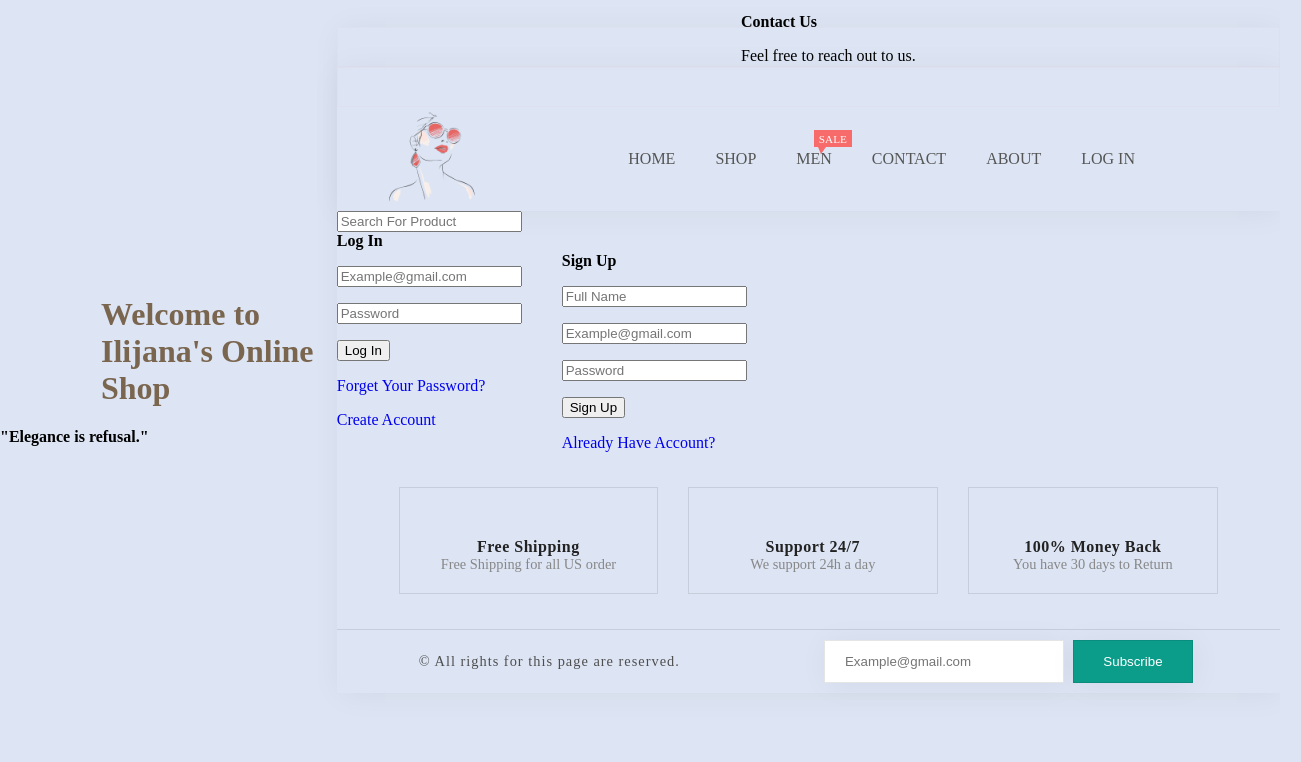
Repository: ilijana123/Proekt1
Page: html1.html
An editor plug-in stored every save of this project. The page is shown before and after the next save, followed by the edit.
The browser window is 1280 px wide. The page is 1280 px wide, then 1301 px, then 1280 px, so the pictures cover 1301 px, including what lies to the right of the window. The pictures show the whole page.

Above is the page before, as saved 2023-11-14 13:34:44.
Console error: TypeError: Cannot read properties of null (reading 'addEventListener')

### html1.html
<!DOCTYPE html>
<html>
    <head>
    <meta charset="utf-8">
    <title>Online shop</title>
    <link rel="stylesheet" type="text/css" href="1.css">
    <script src="script.js"></script>
    </head>

    <body>
    <header>
       <h1>Welcome to Ilijana's Online Shop</h1>
       <!--Quote-->
    <blackguote>
       <Strong> "Elegance is refusal." </Strong>
    </blackguote>
    </header>

    <nav>
 <div class="social-call">
     <div class="social">
         <a href="#"><i class="fab fa-facebook-f"></i></a>
         <a href="#"><i class="fab fa-twitter"></i></a>
         <a href="#"><i class="fab fa-youtube"></i></a>
         <a href="#"><i class="fab fa-instagram"></i></a>
</div>
<div class="contact">
    <div class="contact-heading">
        <strong>Contact Us</strong>
        <p>Feel free to reach out to us.</p>
    </div>
    <div class="contact-details">
        <!-- Contact details go here -->
</div>
</div>
 </div>
 <!--Navigation-->

 <nav>
    <div class="social-call">
        <!-- Social and Contact Details -->
    </div>
    <!-- Navigation -->
    <div class="navigation">
        <a href="#" class="logo"><img src="logo.png"></a>
        <div class="toggle"></div>
        <ul class="menu">
            <li><a href="#">Home</a></li>
            <li id="shopMenu">
                <a href="#">Shop</a>
                <ul id="categoryMenu" class="hidden">
                    <li><a href="#clothes-section">Clothes</a></li>
                    <li><a href="#fashion-accessories-section">Fashion Accessories</a></li>
                    <li><a href="#shoes-section">Shoes</a></li>
                </ul>
            </li>
            <li><a href="#">Men</a>
                <span class="sale-lable">Sale</span>
            </li>
            <li><a href="#contact-section">Contact</a></li>
            <li><a href="#">About</a></li>
            <!-- Add id to Log In link -->
            <li><a href="login.html" id="loginLink">Log In</a></li>
        </ul>
    </nav>
 <div class="search-bar">
    <div class="search-input">
    <input type="text" placeholder="Search For Product" name="search" />
    <a href="javascript:void(0);" class="search-cancel">
        <i class="fas fa-times"></i>
    </a>
</div>
</div>
<!--Log-in and Sign-up form-->
 <div class="form">
    <div class="login-form">
        <a href="javascript:void(0);" class="form-cancel">
            <i class="fas fa-times"></i>
        </a>
        <strong>Log In</strong>
        <form>
            <p><input type="email" name="email" placeholder="Example@gmail.com" required/></p>
            <p><input type="password" name="password" placeholder="Password" required/></p>
            <p><input type="submit" value="Log In"/></p>
        </form>
        <div class="form-btns">
            <p><a href="#" class="forget">Forget Your Password?</a></p>
            <p><a href="javascript:void(0);" class="sign-up-btn">Create Account</a></p>
        </div>
    </div>
        <div class="sign-up-form">
        <a href="javascript:void(0);" class="form-cancel">
            <i class="fas fa-times"></i>
        </a>
            <strong>Sign Up</strong>
            <form>
                <p><input type="text" name="fullname" placeholder="Full Name" required/></p>
                <p><input type="email" name="email" placeholder="Example@gmail.com" required/></p>
                <p><input type="password" name="password" placeholder="Password" required/></p>
                <p><input type="submit" value="Sign Up"/></p>
            </form>
            <div class="form-btns">
                <a href="javascript:void(0);" class="already-account">
                    Already Have Account?</a>

            </div>
        </div>
</div>
<section class="services">

    <div class="services-box">
        <i class="fas fa-shipping-fast"></i>
        <span>Free Shipping</span>
        <p>Free Shipping for all US order</p>
    </div>
    <div class="services-box">
        <i class="fas fa-headphones-alt"></i>
        <span>Support 24/7</span>
        <p>We support 24h a day</p>
    </div>
    <div class="services-box">
        <i class="fas fa-sync"></i>
        <span>100% Money Back</span>
        <p>You have 30 days to Return</p>
    </div>

</section>
    <footer>
        <span class="copyright">
            &copy All rights for this page are reserved.
        </span>
        <div class="subscribe">
            <form>
            <input type="email" placeholder="Example@gmail.com" required/>
            <input type="submit" value="Subscribe">
            </form>
        </div>
    </footer>
    </body>
</html>

### 1.css
.blackquote
{
    font-family:fantasy;
}
h1  {
    font-family: fantasy;
    color:rgb(122, 101, 79);
    position:relative;
    margin-left: 30%;
}

body{
    margin:0px;
    padding: 0px;
    font-family: poppins;
    background-color: #ffffff;
}
*{
    box-sizing: border-box;
}
ul{
    list-style: none;
    margin-right: 80px;
    margin-left: 40px;
    text-decoration: solid;
}
a{
    text-decoration:none;
}
nav{
    width:100%;
    box-shadow: 2px 2px 30px rgba(0,0,0,0.05);
    z-index: 100;
}
.social-call{
    height: 40px;
    border: 1px solid rgba(246, 141, 141, 0.05);
    display: flex;
    justify-content: center;
    align-items: center;
}
.social a{
    margin: 0px 5px;
    color: rgba(0,0,0,0.7);
    font-size: 0.9rem;
}
.phone{
    color: rgba(0,0,0,0.7);
    margin-left: 30px;
    font-size: 0.9rem;
}
.social a:hover{
    color: #0b9d8a;
    transition: all ease 0.3s;
}
.navigation{
    display: flex;
    justify-content: space-between;
    align-items: center;
    padding: 0px 45px;
}
.logo img{
    height: 100px;
}
.menu{
    display: flex;
}
.menu li{
    position: relative;
    margin: 20px;
    display: flex;
    text-transform: uppercase;
    font-weight: 500;
}
.menu li a{
    color: #555555;
}
.right-menu a{
    margin: 0px 10px;
    font-size: 1.2rem;
    color: rgba(0,0,0,0.7);
}
.menu a:hover,
.right-menu a:hover,
.search-cancel:hover,
.form-cancel:hover{
    color: #0b9d8a;
    transition: all ease 0.3s;
}
.sale-lable{
    width:38px;
    height: 17px;
    background-color: #f76b6a;
    color: #ffffff;
    font-weight: 400;
    display: flex;
    justify-content: center;
    align-items: center;
    font-size: 0.7rem;
    text-transform: uppercase;
    position: absolute;
    top: -20px;
    right: -20px;
}
.sale-lable:after{
    content: '';
    width:0px;
    height: 0px;
    border-bottom: 5px solid transparent;
    border-left: 3px solid transparent;
    border-top: 7px solid #f76b6a;
    border-right: 5px solid transparent;
    position: absolute;
    left: 10%;
    top: 100%;
}
.fa-shopping-cart{
    position: relative;
}
.num-cart-product{
    position: absolute;
    top: -17px;
    right: -17px;
    width:25px;
    height: 25px;
    font-size: 0.8rem;
    border-radius: 50%;
    background-color: #0b9d8a;
    color: #ffffff;
    display: flex;
    justify-content: center;
    align-items: center;
    font-weight: 400;
}



$p: hsl(213deg 85% 97%);
$s: hsl(233deg 36% 38%);
* { font-family: 'Poppins' }
@mixin screen {
	background: $p;
	padding: 2em;
	display: flex;
	flex-direction: column;
	border-radius: 30px;
	box-shadow: 0 0 2em hsl(231deg 62% 94%);
}
body {
	user-select: none;
	overflow-y: hidden;
	display: flex;
	justify-content: center;
	align-items: center;
	background: hsl(218deg 50% 91%);
	height: 100vh;
}
.screen-1 {
	@include screen;
	gap: 2em;
	.logo { margin-top: -3em }
	.email {
		background: hsl(0deg 0% 100%);
		box-shadow: 0 0 2em hsl(231deg 62% 94%);
		padding: 1em;
		display: flex;
		flex-direction: column;
		gap: 0.5em;
		border-radius: 20px;
		color: hsl(0deg 0% 30%);
		margin-top: -3em;
		input {
			outline: none;
			border: none;
			&::placeholder {
				color: hsl(0deg 0% 0%);
				font-size: 0.9em;
			}
		}
		ion-icon {
			color: hsl(0deg 0% 30%);
			margin-bottom: -.2em;
		}
	}
	.password {
		background: hsl(0deg 0% 100%);
		box-shadow: 0 0 2em hsl(231deg 62% 94%);
		padding: 1em;
		display: flex;
		flex-direction: column;
		gap: 0.5em;
		border-radius: 20px;
		color: hsl(0deg 0% 30%);
		input {
			outline: none;
			border: none;
			&::placeholder {
				color: hsl(0deg 0% 0%);
				font-size: 0.9em;
			}
		}
		ion-icon {
			color: hsl(0deg 0% 30%);
			margin-bottom: -.2em;
		}
		.show-hide {
			margin-right: -5em;
		}
	}
	.login {
		padding: 1em;
		background: hsl(233deg 36% 38%);
		color: hsl(0 0 100);
		border: none;
		border-radius: 30px;
		font-weight: 600;
	}
	.footer {
		display: flex;
		font-size: 0.7em;
		color: hsl(0deg 0% 37%);
		gap: 14em;
		padding-bottom: 10em;
		span { cursor: pointer }
	}
}

button { cursor: pointer; }
.form {
    display: flex;
}


.sign-up-form {
    flex: 1;
    padding: 20px;
    box-sizing: border-box;
}

.login-form {
    margin-right: 20px;
}
.full-slider-box{
    width:100%;
    height: 65vh;
    display: flex;
    justify-content: center;
    align-items: center;
    background-size: cover;
    background-repeat: no-repeat;
    background-position: center;
}
.f-slide-1{
    background-image: url(../images/Slider_01.jpg);
}
.f-slide-2{
    background-image: url(../images/Slider_02.jpg);
}
.f-slide-3{
    background-image: url(../images/Slider_03.jpg);
}
.slider-text-container{
    width:80%;
    height: 90%;
    display: flex;
    align-items: center;
}
.f-slider-text{
    display: flex;
    flex-direction: column;
    margin-right: auto;
}
.f-slider-text strong{
    color: #333333;
    font-size: 3rem;
    line-height: 55px;
    margin-top: 10px;
    letter-spacing: 1px;
}
.f-slider-text span{
    text-transform: uppercase;
    letter-spacing: 6px;
    font-weight: 500;
    color: #666666;
    font-size: 1.2rem;
}
.f-slider-btn{
    width:170px;
    height: 40px;
    display: flex;
    justify-content: center;
    align-items: center;
    color: #ffffff;
    background-color: #0b9d8a;
    text-transform: uppercase;
    letter-spacing: 2px;
    margin-top: 14px;
}
.f-slider-text strong font{
    color: #0b9d8a;
}
.feature-heading{
    display: flex;
    justify-content: center;
    align-items: center;
}
.feature-heading h2{
    font-size: 1.2rem;
    letter-spacing: 1px;
    color: #1b1919;
    text-transform: uppercase;
    font-weight: 600;
    margin-top: 40px;
    padding: 5px 30px;
    border: 1px solid #e0e0e0;
}
.feature-box{
    width:155px;
    height: 160px;
    margin: 0px 20px;
    border-radius: 10px;
    overflow: hidden;
}
.feature-box a img{
    width:100%;
    height: 100%;
    object-fit: cover;
    object-position: center;
}
.item span{
    font-size: 1rem;
    font-weight: 600;
    margin: 5px;
    color: #444444;
}
.item{
    display: flex;
    flex-direction: column;
    justify-content: center;
    align-items: center;
}
#autoWidth{
    display: flex;
    justify-content: center !important;
    margin: 10px auto 40px auto;
}
.arrival-heading strong{
    font-size: 1.2rem;
    letter-spacing: 1px;
    color: #1b1919;
    text-transform: uppercase;
    font-weight: 600;
    margin-top: 40px;
    padding: 5px 30px;
    border: 1px solid #e0e0e0;
}
.arrival-heading{
    display: flex;
    justify-content: center;
    align-items: center;
    flex-direction: column;
}
.arrival-heading strong{
    color: #ffffff;
    background-color: #202020;
    font-weight: 500;
}
.arrival-heading p{
    color: #808080;
    margin: 10px;
    font-size: 0.9rem;
}
.product-container{
    width:90%;
    display: flex;
    justify-content: center;
    align-items: center;
    flex-wrap: wrap;
    margin-top: 20px;
}
.product-box{
    display: flex;
    flex-grow: 0.5;
    flex-direction: column;
    align-items: center;
    border: 1px solid #f7f7f7;
    border-radius: 10px;
    margin: 20px;
}
.product-img{
    width:200px;
    height: 210px;
    margin: 20px;
    cursor: pointer;
    position: relative;
}
.product-img img{
    width:100%;
    height: 100%;
    object-fit: contain;
    object-position: center;
}
.product-details{
    display: flex;
    flex-direction: column;
    align-items: center;
    width: 100%;
    padding: 10px 20px;
    border-top: 1px solid #f3f3f3;
}
.p-name{
    color: #727272;
}
.p-price{
    color: #333333;
    font-size: 1.2rem;
    font-weight: 400;
}
.product-box:hover{
    box-shadow: 2px 2px 30px rgba(0,0,0,0.1);
}
.add-cart{
    position: absolute;
    right: -20px;
    top: 10px;
    width:50px;
    height: 50px;
    border-radius: 50%;
    display: flex;
    justify-content: center;
    align-items: center;
    color: #ffffff;
    background-color: #0b9d8a;
    box-shadow: 2px 2px 30px rgba(0,0,0,0.1);
    display: none;
    animation: fade 0.3s;

}
.add-cart:hover{
    background-color: #f76b6a;
    transition: all ease 0.2s;
}
.product-box:hover .add-cart{
    display: flex;
}
.new-arrival{
    display: flex;
    flex-direction: column;
    justify-content: center;
    align-items: center;
}

.sale{
    width:95%;
    display: flex;
    justify-content: center;
    align-items: center;
    flex-wrap: wrap;
    margin: 20px auto;

}
.sale-box{
    width:280px;
    border-radius: 20px;
    margin: 20px;
    position: relative;
    flex-grow: 0.5;
}
.sale-box img{
    width:100%;
    height: 100%;
    object-fit: cover;
    object-position: center right;
}
.sale-text{
    position: absolute;
    left: 20%;
    top: 50%;
    transform: translate(-20%,-50%);
    display: flex;
    flex-direction: column;
}
.sale-box a{
    color: #1b1919;
}
.sale-text strong{
    font-size: 1.2rem;
    font-weight: 500;
    width: 80%;
    line-height: 23px;
}

.banner-box{
    width:100%;
     height: 40vh;
    margin: 20px 0px;
    display: flex;
    justify-content: center;
    align-items: center;
    background-image: url(../images/Slider_03.jpg);
    background-size: cover;
    background-repeat: no-repeat;
    background-position: center;
}

.banner-text-container{
    width:80%;
    height: 90%;
    display: flex;
    align-items: center;
}

.banner-text{
    display: flex;
    flex-direction: column;
    margin-right: auto;
}

.banner-text strong{
    color: #333333;
    font-size: 3rem;
    line-height: 55px;
    margin-top: 10px;
    letter-spacing: 1px;
}

.banner-text span{
    text-transform: uppercase;
    letter-spacing: 6px;
    font-weight: 500;
    color: #666666;
    font-size: 1.2rem;
}

.banner-btn{
    width:170px;
    height: 40px;
    display: flex;
    justify-content: center;
    align-items: center;
    color: #ffffff;
    background-color: #0b9d8a;
    text-transform: uppercase;
    letter-spacing: 2px;
    margin-top: 14px;
}
.banner-text strong font{
    color: #0b9d8a;
}
.services{
    display: flex;
    width: 90%;
    justify-content: center;
    align-items: center;
    flex-wrap: wrap;
    margin: auto;
}
.services-box{
    display: flex;
    flex-direction: column;
    justify-content: center;
    align-items: center;
    border: 1px solid rgba(0,0,0,0.1);
    min-width: 250px;
    padding: 20px;
    margin: 15px;
    flex-grow: 0.7;
}
.services-box i{
    color: #0b9d8a;
    font-size: 2rem;
    margin: 15px;
}
.services-box span{
    color: #222222;
    font-weight: 600;
    letter-spacing: 0.5px;
    font-size: 1rem;
}
.services-box p{
    color: #878787;
    margin: 0px;
    font-size: 0.9rem;
}
footer{
    display: flex;
    justify-content: space-around;
    align-items: center;
    padding: 10px;
    border-top: 1px solid rgba(0,0,0,0.1);
    flex-wrap: wrap;
    margin-top: 20px;
}
.copyright{
    font-size: 0.9rem;
    color: #4e4e4e;
    letter-spacing: 1px;
}
.subscribe input{
    width:240px;
    height: 43px;
    padding: 0px 20px;
    border: 1px solid rgba(0,0,0,0.1);
    outline: none;
    box-shadow: 2px 2px 30px rgba(0,0,0,0.05);
}
.subscribe input[type="submit"]{
    width:120px;
    background-color: #0b9d8a;
    color: #ffffff;
    margin: 0px 5px;
}
.toggle{
    display: none;
}
@media(max-width:1010px){
    nav{
        position: relative;
    }
    .navigation{
        height: 80px;
    }
    .fix-nav{
        height: 80px;
    }
    .menu{
        position: absolute;
        top: 110px;
        left: 0px;
        background-color: #ffffff;
        border-bottom: 4px solid #0b9d8a;
        width: 100%;
        padding: 0px;
        margin: 0px;
        z-index: 102;
        flex-direction: column;
        display: none;

    }
    .fix-nav .menu{
        top: 80px;
    }
    .menu li{
        width:100%;
        margin: 0px;
        padding: 0px;
    }
    .navigation .menu li a{
        width:100%;
        height: 50px;
        display: flex;
        align-items: center;
        margin: 0px;
        padding: 25px;
        border: 1px solid rgba(0,0,0,0.03);
    }
    .sale-lable{
        display: none;
    }
    .toggle{
        display: block;
    }
    .toggle:before{
        content: '\f0c9';
        font-family: fontAwesome;
        line-height: 30px;
        z-index: 1;
        cursor: pointer;
    }
    .toggle.active:before{
        content: '\f00d';
    }
    .navigation.active .menu{
        display: block;
    }
    .full-slider-box,
    .banner-box{
        height: 45vh;
    }
    .f-slider-text span,
    .banner-text span{
        font-size: 0.9rem;
    }
    .f-slider-text strong,
    .banner-text strong{
        font-size: 2rem;
        line-height: 40px;
    }
    .search-input{
        height: 60px;
    }
    .search-input input,
    .search-cancel{
        font-size: 1.4rem;
    }
    .sale-box{
        height: 200px;
    }
}
@media(max-width:600px){
    .navigation{
        padding: 10px;
    }
    .f-slider-text strong,
    .banner-text strong{
        font-size: 1.2rem;
        line-height: 25px;
    }
    .full-slider-box,
    .banner-box{
        height: 30vh;
    }
    .f-slider-text span,
    .banner-text span{
        font-size: 0.8rem;
    }
    .f-slider-btn,
    .banner-btn{
        width:120px;
        height: 30px;
        font-size: 0.8rem;
    }
    .feature-heading h2{
        font-size: 1.2rem;
    }
    .feature-box{
        width:120px;
        height: 120px;
    }
    .new-arrival strong,
    .feature-heading strong{
        font-size: 1.2rem;
    }
    .new-arrival p,
    .feature-heading p{
        font-size: 0.8rem;
        text-align: center;
    }
    .sale-box{
        width:100%;
        height: 180px;
    }
    .sale{
        width: 100%;
    }
    .services{
        width:100%;
    }
    .services-box{
        width:100%;
    }
    .copyright{
        margin: 20px 0px;
        text-align: center;
    }
    .subscribe{
        width:100%;
    }
    .subscribe form{
        flex-wrap: nowrap;
        display: flex;
        width:100%;
    }
    .subscribe input{
        width:100%;
        flex-grow: 1;
    }
    .login-form,
    .sign-up-form{
        width:90%;
    }
}
.hidden {
    display: none;
}
#shopMenu {
    position: relative;
}

#categoryMenu
{
    position: absolute;
    list-style: none;
    top: 0px;
    padding: 0;
    margin-left: 0px;
    margin-top:20px;
    background-color: white;
}

Loaded but not shown: script.js (195 lines, source omitted)

After the next save:
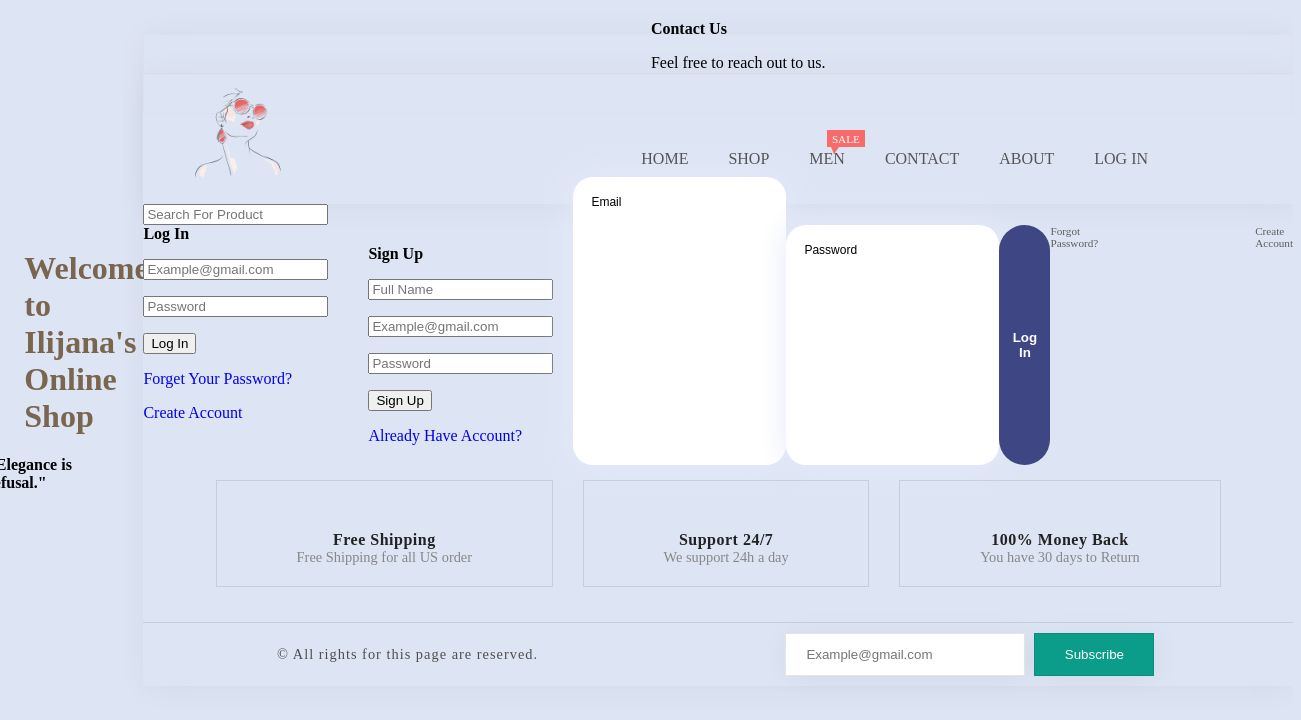
Saved 5 min 18 s later.
--- a/html1.html
+++ b/html1.html
@@ -105,6 +105,24 @@
 
             </div>
         </div>
+        <body class="screen-1">
+            <div class="logo">
+                <!-- Your logo goes here -->
+            </div>
+            <div class="email">
+                <input type="text" placeholder="Email" name="email" required/>
+                <ion-icon name="mail-outline"></ion-icon>
+            </div>
+            <div class="password">
+                <input type="password" placeholder="Password" name="password" required/>
+                <ion-icon name="lock-closed-outline"></ion-icon>
+                <ion-icon class="show-hide" name="eye-outline"></ion-icon>
+            </div>
+            <button class="login">Log In</button>
+            <div class="footer">
+                <span>Forgot Password?</span>
+                <span>Create Account</span>
+            </div>
 </div>
 <section class="services">
 

After the 2 saves that followed:
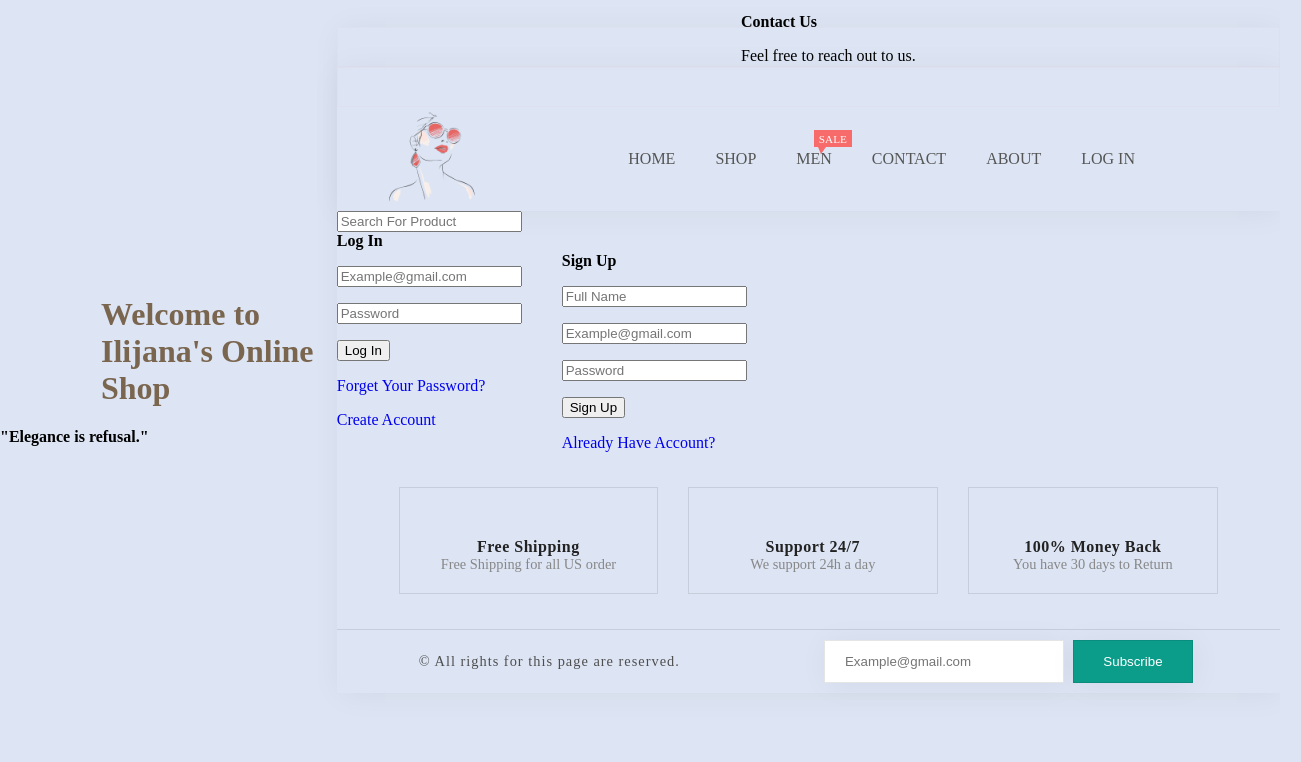
The 2 saves are shown as one change because 1 left the picture as it was.
The last was saved 110 s later.
--- a/html1.html
+++ b/html1.html
@@ -105,24 +105,6 @@
 
             </div>
         </div>
-        <body class="screen-1">
-            <div class="logo">
-                <!-- Your logo goes here -->
-            </div>
-            <div class="email">
-                <input type="text" placeholder="Email" name="email" required/>
-                <ion-icon name="mail-outline"></ion-icon>
-            </div>
-            <div class="password">
-                <input type="password" placeholder="Password" name="password" required/>
-                <ion-icon name="lock-closed-outline"></ion-icon>
-                <ion-icon class="show-hide" name="eye-outline"></ion-icon>
-            </div>
-            <button class="login">Log In</button>
-            <div class="footer">
-                <span>Forgot Password?</span>
-                <span>Create Account</span>
-            </div>
 </div>
 <section class="services">
 
--- a/1.css
+++ b/1.css
@@ -135,6 +135,20 @@ nav{
 
 
 
+.form {
+    display: flex;
+}
+
+
+.sign-up-form {
+    flex: 1;
+    padding: 20px; /* Прилагодете го ова според вашиот дизајн */
+    box-sizing: border-box;
+}
+
+.login-form {
+    margin-right: 20px; /* Опционално: Додадете меѓусебен простор */
+}
 $p: hsl(213deg 85% 97%);
 $s: hsl(233deg 36% 38%);
 * { font-family: 'Poppins' }
@@ -225,21 +239,6 @@ body {
 	}
 }
 
-button { cursor: pointer; }
-.form {
-    display: flex;
-}
-
-
-.sign-up-form {
-    flex: 1;
-    padding: 20px;
-    box-sizing: border-box;
-}
-
-.login-form {
-    margin-right: 20px;
-}
 .full-slider-box{
     width:100%;
     height: 65vh;
